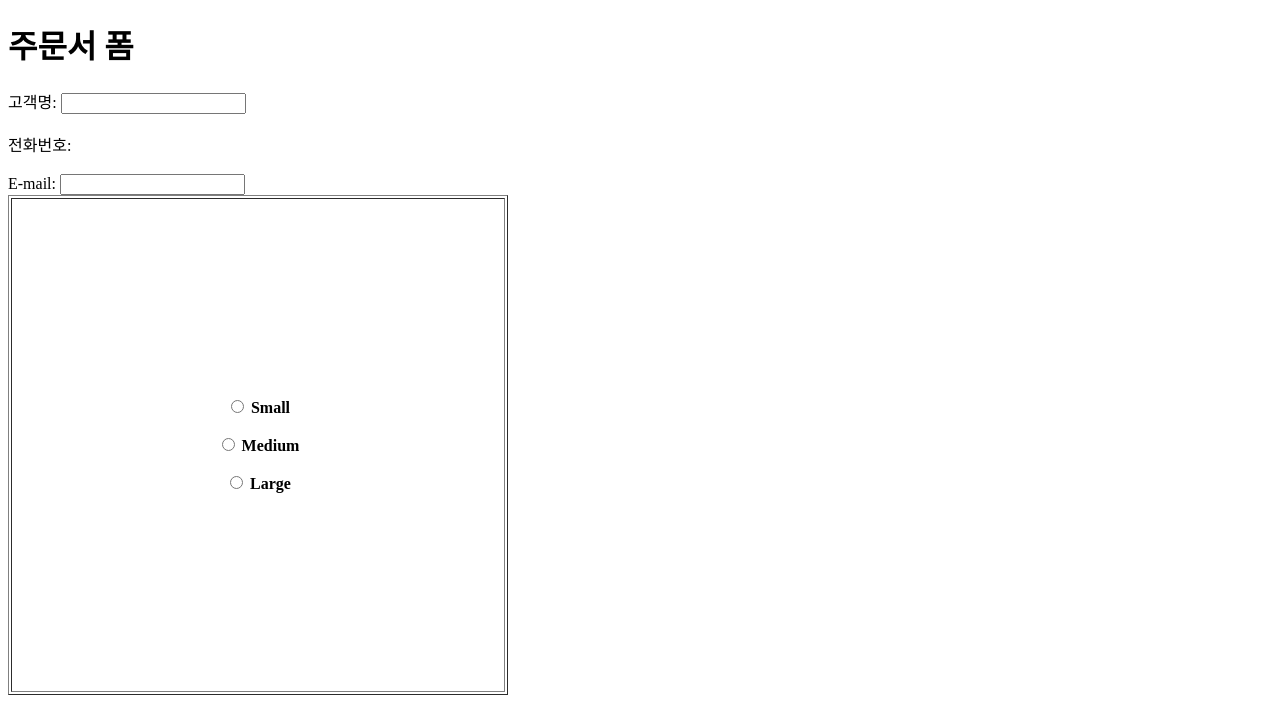
Repository: bianchi112/ict-data
Page: web_workspace/testHTMLProject2/src/main/webapp/views/practice/orderform.html
The author's editor kept a copy of each file at every save. The page is drawn from the files as they stood at one save, then again after the next save.
The browser window is 1280 px wide. The pictures show the whole page.

Above is the page before, as saved 2024-08-16 03:35:02.

### web_workspace/testHTMLProject2/src/main/webapp/views/practice/orderform.html
<!DOCTYPE html>
<html>
<head>
<meta charset="UTF-8">
<title>orderform</title>
</head>
<body>
	<header>
		<h1>주문서 폼</h1>

		고객명: <input type="text"> <br> <br>
		전화번호: <inputtype="text"> <br> <br>
		E-mail: <input type="email"><br>

		<table border="1" width="500" height="500">
			<tr>
				<th><input type="radio"> Small <br>
				<br> <input type="radio"> Medium <br>
				<br> <input type="radio"> Large</th>
			</tr>
		</table>
	</header>
</body>
</html>

After the next save:
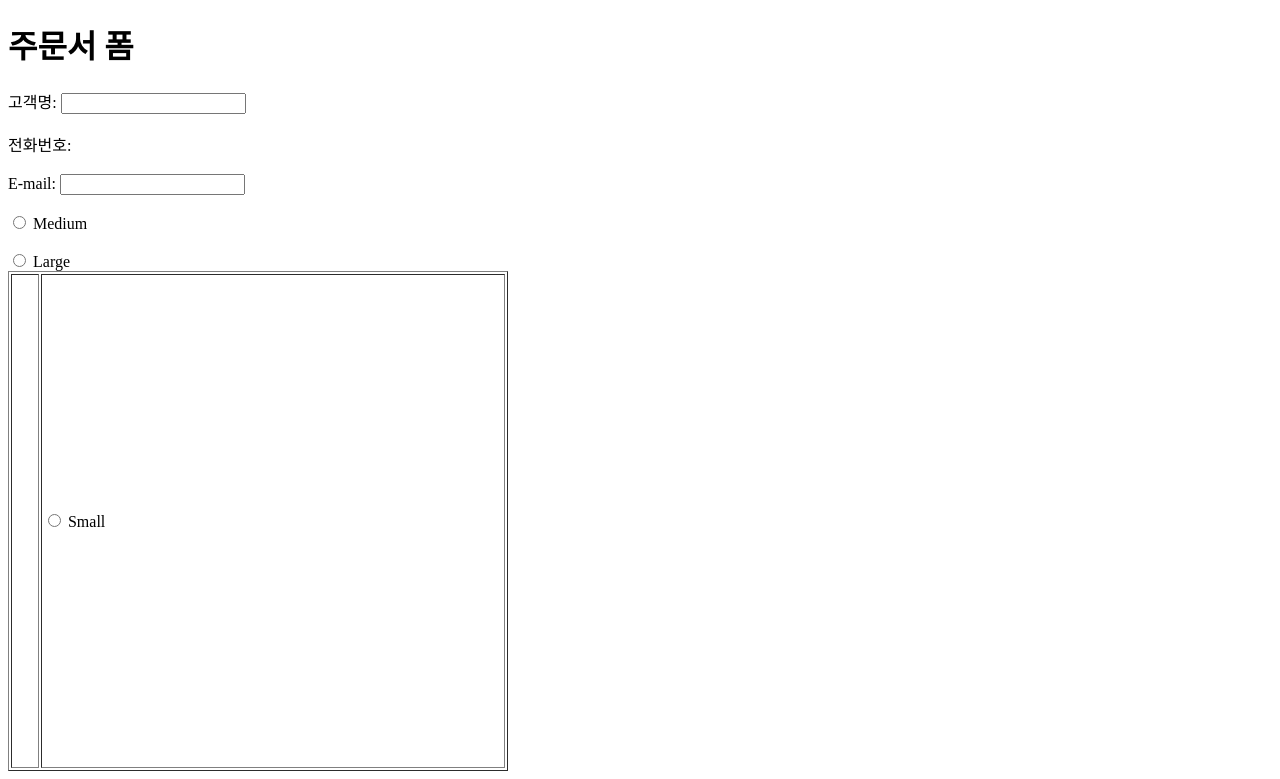
Saved 21 s later.
--- a/web_workspace/testHTMLProject2/src/main/webapp/views/practice/orderform.html
+++ b/web_workspace/testHTMLProject2/src/main/webapp/views/practice/orderform.html
@@ -14,7 +14,7 @@
 
 		<table border="1" width="500" height="500">
 			<tr>
-				<th><input type="radio"> Small <br>
+				<th><td><input type="radio"> Small</td></th>
 				<br> <input type="radio"> Medium <br>
 				<br> <input type="radio"> Large</th>
 			</tr>
